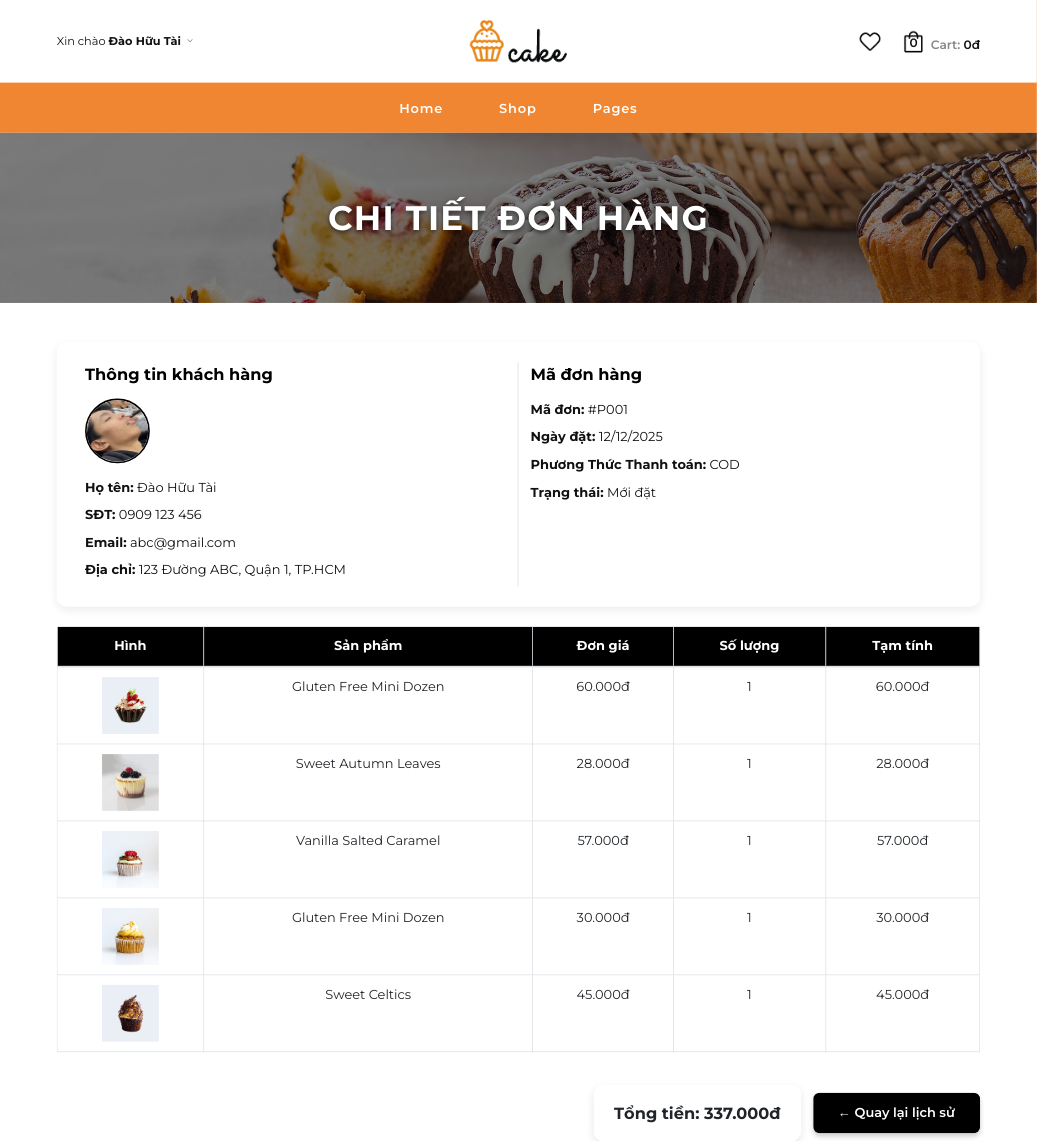
Repository: nhanto2n-byte/Nhom10ChieuThu3
Page: ProjectWeb/cake-main/shop_history.html
An editor plug-in stored every save of this project. The page is shown before and after the next save, followed by the edit.
The browser window is 1280 px wide. The pictures show the whole page, at 81% of full size.

Above is the page before, as saved 2025-11-10 22:53:24.

After the next save:
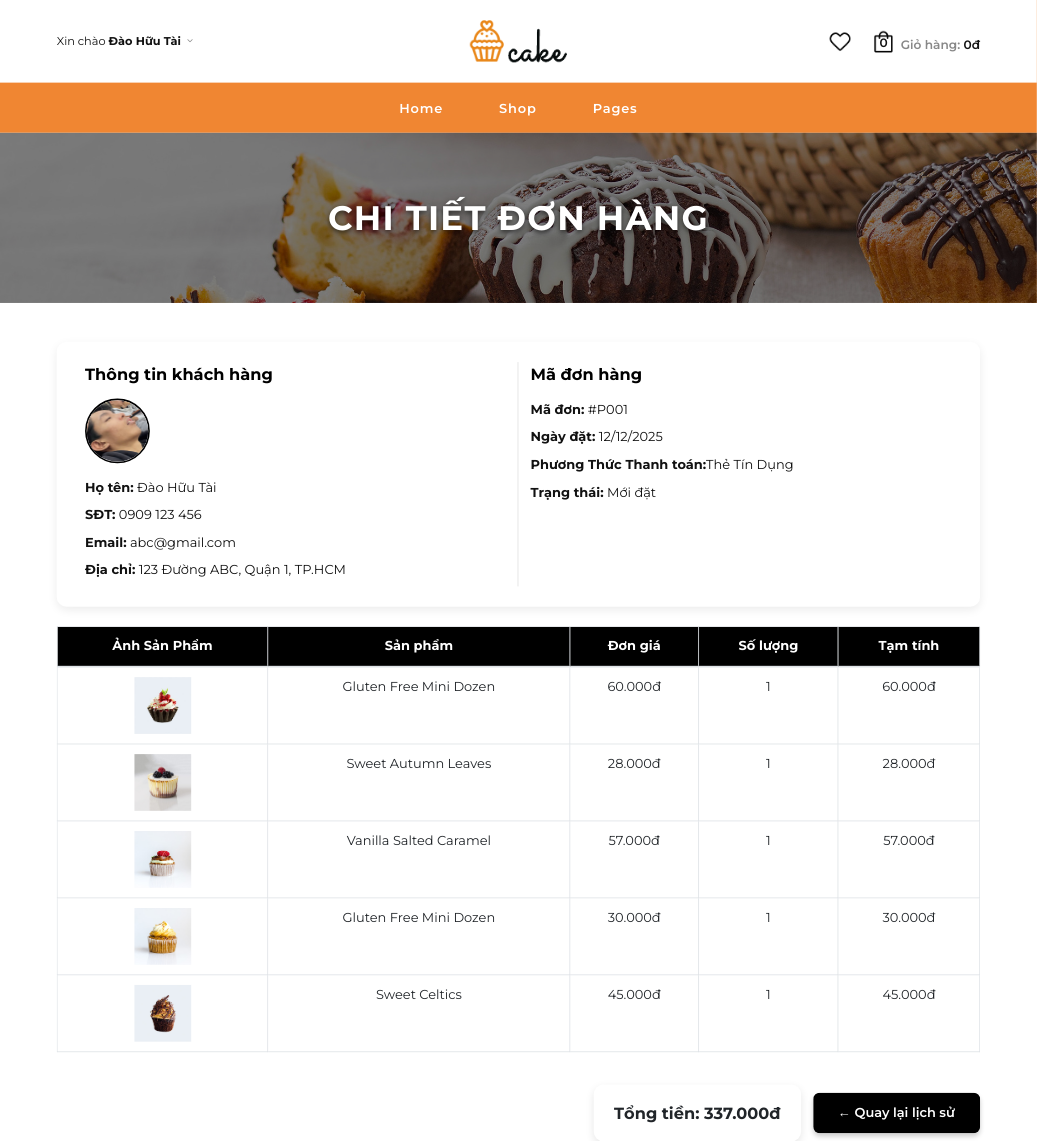
Saved 3 min 36 s later.
--- a/ProjectWeb/cake-main/shop_history.html
+++ b/ProjectWeb/cake-main/shop_history.html
@@ -256,7 +256,38 @@ input[type="radio"]:checked + label {
 input[type="radio"][name="page"] {
   display: none;
 }
-
+   /* === GHI ĐÈ CĂN GIỮA DROPDOWN === */
+.header__menu ul li .dropdown {
+    left: 50% !important;                  /* căn giữa theo chiều ngang */
+    transform: translateX(-50%) !important;/* dịch ngược lại cho giữa thật */
+    min-width: 170px !important;           /* thu hẹp lại */
+    width: fit-content !important;         /* tự co theo nội dung */
+}
+
+/* Đảm bảo chữ bên trong vẫn đẹp, không bị méo */
+.header__menu ul li .dropdown li a {
+    text-align: left !important;           /* căn chữ trái */
+    padding: 10px 35px !important;         /* tạo khoảng cách hợp lý */
+    white-space: nowrap !important;        /* tránh bị xuống dòng lung tung */
+}
+/* === GIỮ HIỆU ỨNG HOVER CŨ + BO GÓC === */
+.header__menu ul li .dropdown {
+    border-radius: 12px !important;   /* Bo góc mềm mại */
+    overflow: hidden !important;      /* Giữ cho nền bên trong bo theo */
+    border: 1px solid #444 !important;/* Viền nhẹ tách menu khỏi nền */
+    transition: all 0.3s ease;        /* Hiệu ứng mở mượt */
+}
+
+/* Hiệu ứng hover cũ quay lại */
+.header__menu ul li .dropdown li a {
+    transition: background-color 0.3s ease, color 0.3s ease; /* mượt mà khi hover */
+}
+
+.header__menu ul li .dropdown li a:hover {
+    background-color: #555 !important; /* nền xám đậm khi hover */
+    color: #ffcc00 !important;         /* chữ vàng nổi bật */
+    border-radius: 8px !important;     /* vẫn giữ bo nhẹ cho từng dòng */
+}
     </style>
 </head>
 
@@ -276,7 +307,7 @@ input[type="radio"][name="page"] {
             </div>
             <div class="offcanvas__cart__item">
                 <a href="#"><img src="img/icon/cart.png" alt=""> <span>0</span></a>
-                <div class="cart__price">Cart: <span>0đ</span></div>
+                <div class="cart__price">Giỏ hàng: <span>0đ</span></div>
             </div>
         </div>
         <div class="offcanvas__logo">
@@ -317,7 +348,7 @@ input[type="radio"][name="page"] {
                                 </div>
                                 <div class="header__top__right__cart">
                                     <a href="./shoping-cart.html"><img src="img/icon/cart.png" alt=""> <span>0</span></a>
-                                    <div class="cart__price">Cart: <span>0đ</span></div>
+                                    <div class="cart__price">Giỏ hàng: <span>0đ</span></div>
                                 </div>
                             </div>
                         </div>
@@ -336,9 +367,9 @@ input[type="radio"][name="page"] {
                             <li><a href="#">Pages</a>
                                 <ul class="dropdown">
 
-                                    <li><a href="./shoping-cart.html">Shoping Cart</a></li>
-                                    <li><a href="./checkout.html">Check Out</a></li>
-                                    <li><a href="./wisslist.html">Wishlist</a></li>
+                                   <li><a href="./shoping-cart.html">Giỏ hàng</a></li>
+                  <li><a href="./checkout.html">Thanh toán</a></li>
+                  <li><a href="./wisslist.html">Yêu thích</a></li>
                                 </ul>
                             </li>
                         </ul>
@@ -378,7 +409,7 @@ input[type="radio"][name="page"] {
                     <div class="info-title">Mã đơn hàng</div>
                     <p><strong>Mã đơn:</strong> #P001</p>
                     <p><strong>Ngày đặt:</strong> 12/12/2025</p>
-                    <p><strong>Phương Thức Thanh toán:</strong> COD</p>
+                    <p><strong>Phương Thức Thanh toán:</strong>Thẻ Tín Dụng</p>
                     <p><strong>Trạng thái:</strong> Mới đặt</p>
                 </div>
 
@@ -390,7 +421,7 @@ input[type="radio"][name="page"] {
             <table class="table table-bordered text-center">
                 <thead>
                     <tr>
-                        <th>Hình</th>
+                        <th>Ảnh Sản Phẩm </th>
                         <th>Sản phẩm</th>
                         <th>Đơn giá</th>
                         <th>Số lượng</th>
